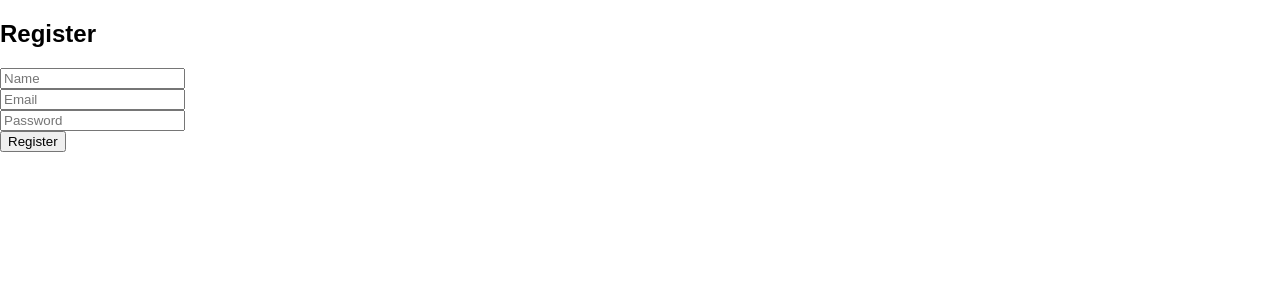
Repository: Yamini-code-lab/scalable-rest-api
Page: /register (app in frontend/)
The author's editor kept a copy of each file at every save. The page is drawn from the files as they stood at one save, then again after the next save.
The browser window is 1280 px wide. The pictures show the whole page.
The project was rebuilt for these pictures with package versions that can differ from the ones it lists, and the page was loaded fresh each time. Also part of the build but not shown: frontend/vite.config.js, frontend/src/routes/ProtectedRoute.jsx.

Above is the page before, as saved 2026-06-02 00:06:14.

### frontend/src/index.css
body {
  margin: 0;
  font-family: Arial, sans-serif;
}

### frontend/src/App.jsx
import {
BrowserRouter,
Routes,
Route
}
from "react-router-dom";

import Login
from "./pages/Login";

import Register
from "./pages/Register";

import Dashboard
from "./pages/Dashboard";

import ProtectedRoute
from "./routes/ProtectedRoute";

function App() {

    return (

        <BrowserRouter>

            <Routes>

                <Route
                    path="/register"
                    element={<Register/>}
                />

                <Route
                    path="/login"
                    element={<Login/>}
                />

                <Route
                    path="/dashboard"
                    element={
                        <ProtectedRoute>

                            <Dashboard/>

                        </ProtectedRoute>
                    }
                />

            </Routes>

        </BrowserRouter>
    );
}

export default App;

### frontend/src/pages/Register.jsx
import { useState } from "react";
import api from "../services/api";

function Register() {

    const [name,setName]=useState("");
    const [email,setEmail]=useState("");
    const [password,setPassword]=useState("");

    const registerUser = async (e) => {

        e.preventDefault();

        try {

            const res =
                await api.post(
                    "/auth/register",
                    {
                        name,
                        email,
                        password
                    }
                );

            alert(res.data.message);

        }
        catch(error) {

            console.log("FULL ERROR:", error);
            console.log("RESPONSE DATA:",
            error.response?.data
            );

            alert(
                JSON.stringify(
                    error.response?.data,
                    null,
                    2
                )
            );
        }
    };

    return (

        <div>

            <h2>Register</h2>

            <form onSubmit={registerUser}>

                <input
                    placeholder="Name"
                    onChange={(e)=>
                        setName(e.target.value)}
                />

                <br/>

                <input
                    placeholder="Email"
                    onChange={(e)=>
                        setEmail(e.target.value)}
                />

                <br/>

                <input
                    type="password"
                    placeholder="Password"
                    onChange={(e)=>
                        setPassword(e.target.value)}
                />

                <br/>

                <button>
                    Register
                </button>

            </form>

        </div>
    );
}

export default Register;

### frontend/src/services/api.js
import axios from "axios";

const api = axios.create({
    baseURL: "http://localhost:5000/api/v1"
});

api.interceptors.request.use((config) => {

    const token =
        localStorage.getItem("token");

    if (token) {

        config.headers.Authorization =
            `Bearer ${token}`;
    }

    return config;
});

export default api;

### frontend/src/pages/Dashboard.jsx
import { useEffect,useState }
from "react";

import api from "../services/api";

function Dashboard() {

    <button onClick={logout}>
    Logout
    </button>

    const logout = () => {

    localStorage.removeItem("token");

    window.location.href = "/login";
    };



    const [tasks,setTasks] =
        useState([]);

    const [title,setTitle] =
        useState("");

    const [description,
        setDescription] =
        useState("");

    const loadTasks = async () => {

        const res =
            await api.get("/tasks");

        setTasks(res.data);
    };

    useEffect(()=>{

        loadTasks();

    },[]);

    const createTask =
    async ()=>{

        await api.post(
            "/tasks",
            {
                title,
                description
            }
        );

        loadTasks();
    };

    const deleteTask =
    async(id)=>{

        await api.delete(
            `/tasks/${id}`
        );

        loadTasks();
    };

    return (

        <div>

            <h2>Dashboard</h2>

            <input
                placeholder="Title"
                onChange={(e)=>
                    setTitle(e.target.value)}
            />

            <input
                placeholder="Description"
                onChange={(e)=>
                    setDescription(
                        e.target.value
                    )}
            />

            <button
                onClick={createTask}
            >
                Add Task
            </button>

            <hr/>

            {
                tasks.map(task=>(
                    <div key={task.id}>

                        <h4>
                            {task.title}
                        </h4>

                        <p>
                            {task.description}
                        </p>

                        <button
                        onClick={()=>
                            deleteTask(
                                task.id
                            )}
                        >
                            Delete
                        </button>

                    </div>
                ))
            }

        </div>
    );
}

export default Dashboard;

### frontend/src/pages/Login.jsx
import { useState } from "react";
import api from "../services/api";
import { useNavigate } from "react-router-dom";

function Login() {

    const navigate =
        useNavigate();

    const [email,setEmail]=useState("");
    const [password,setPassword]=useState("");

    const loginUser = async (e) => {

        e.preventDefault();

        try {

            const res =
                await api.post(
                    "/auth/login",
                    {
                        email,
                        password
                    }
                );

            localStorage.setItem(
                "token",
                res.data.token
            );

            navigate("/dashboard");

        } catch(error) {

            alert(
                error.response.data.message
            );
        }
    };

    return (

        <div>

            <h2>Login</h2>

            <form onSubmit={loginUser}>

                <input
                    placeholder="Email"
                    onChange={(e)=>
                        setEmail(e.target.value)}
                />

                <br/>

                <input
                    type="password"
                    placeholder="Password"
                    onChange={(e)=>
                        setPassword(e.target.value)}
                />

                <br/>

                <button>
                    Login
                </button>

            </form>

        </div>
    );
}

export default Login;

Loaded but not shown: frontend/src/main.jsx (common file)

After the next save:
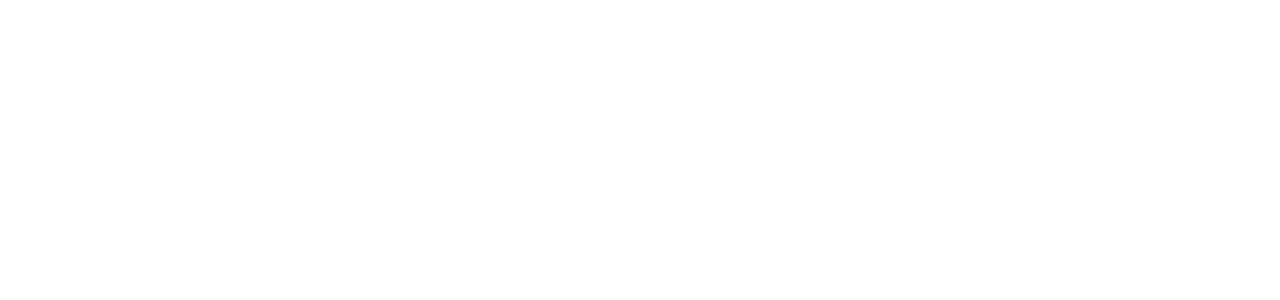
Console error: ReferenceError: logout is not defined
Saved 2 min 48 s later.
--- a/frontend/src/pages/Dashboard.jsx
+++ b/frontend/src/pages/Dashboard.jsx
@@ -3,11 +3,12 @@
 
 import api from "../services/api";
 
+<button onClick={logout}>
+Logout
+</button>
+
 function Dashboard() {
 
-    <button onClick={logout}>
-    Logout
-    </button>
 
     const logout = () => {
 

After the save that followed:
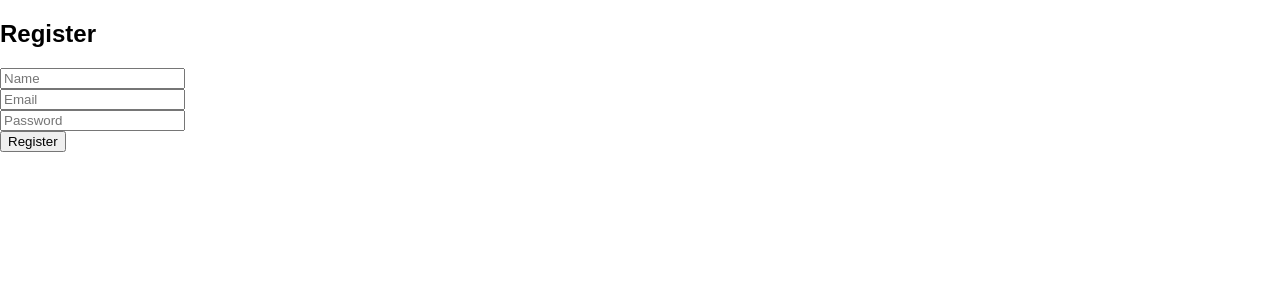
The error is gone.
Saved 65 s later.
--- a/frontend/src/pages/Dashboard.jsx
+++ b/frontend/src/pages/Dashboard.jsx
@@ -3,9 +3,7 @@
 
 import api from "../services/api";
 
-<button onClick={logout}>
-Logout
-</button>
+
 
 function Dashboard() {
 
@@ -71,6 +69,10 @@
 
         <div>
 
+            <button onClick={logout}>
+                Logout
+            </button>
+
             <h2>Dashboard</h2>
 
             <input
